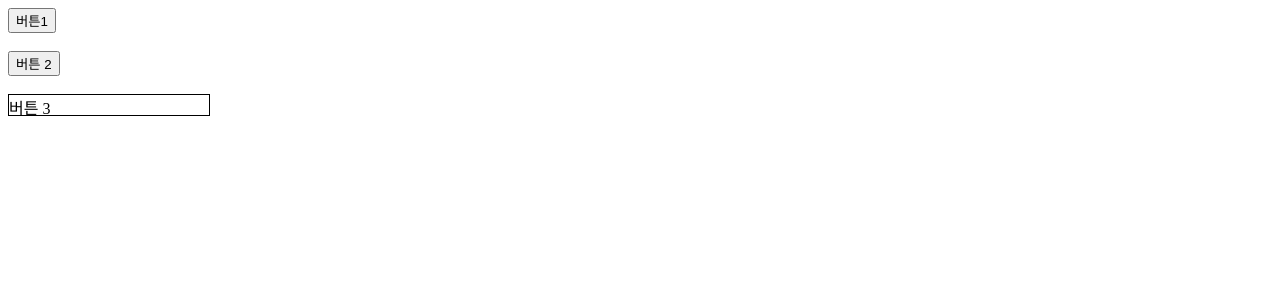
Repository: KYJIN1024/kic_jquery
Page: http://localhost/JQueryEx01/jquery36.jsp
These files come from the project's save history. The page is drawn as it stood at one moment and after the next save; the edit follows.
The browser window is 1280 px wide. The pictures show the whole page.
The page is served by Tomcat 9.

Above is the page before, as saved 2023-05-16 06:51:57.
Console error: SyntaxError: Unexpected string

After the next save:
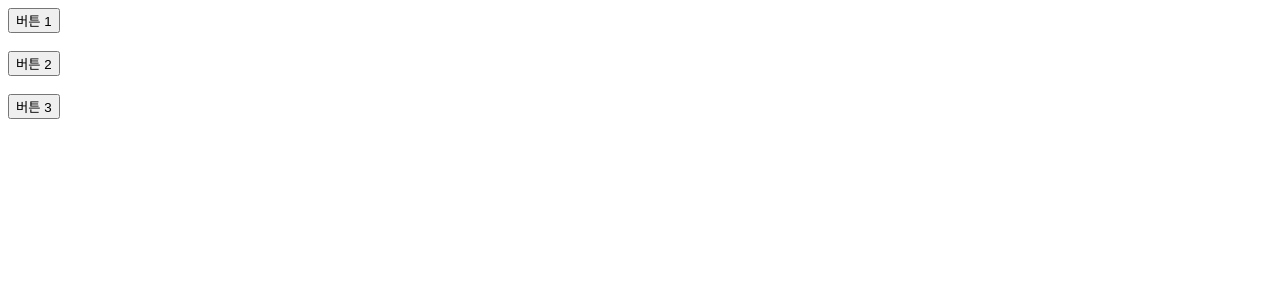
Saved 53 s later.
--- a/JQueryEx01/src/main/webapp/jquery36.jsp
+++ b/JQueryEx01/src/main/webapp/jquery36.jsp
@@ -37,9 +37,11 @@
 </head>
 <body>
 
-<input type="button" id="btn1" value="버튼1" /> <br /><br />
+
+<button id="btn1" />버튼 1</button><br /><br />
 <button id="btn2" />버튼 2</button><br /><br />
-<div id="btn3" style="width:200px; height:20px;border:1px solid black"> 버튼 3 </div>
+<button id="btn3" />버튼 3</button><br /><br />
+
 
 </body>
 </html>
